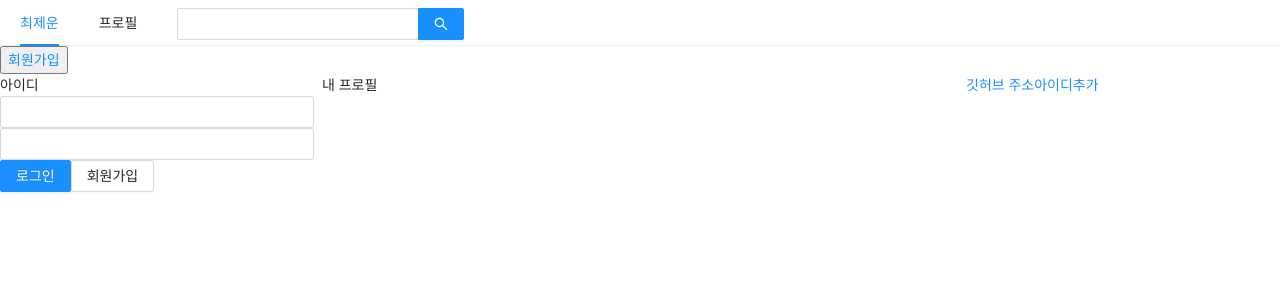
Repository: chlwpdnswku/zerochonext
Page: /signup (app in front/)
These files come from the project's save history. The page is drawn as it stood at one moment and after the next save; the edit follows.
The browser window is 1280 px wide. The page is 1284 px wide, so the pictures cover 1284 px, including what lies to the right of the window. The pictures show the whole page.
The project was rebuilt for these pictures with package versions that can differ from the ones it lists, and the page was loaded fresh each time. The framework's server and built-in components were replaced by stand-ins that run in the browser. Also part of the build but not shown: front/components/UserProfile.js.

Above is the page before, as saved 2022-08-28 08:41:07.

After the next save:
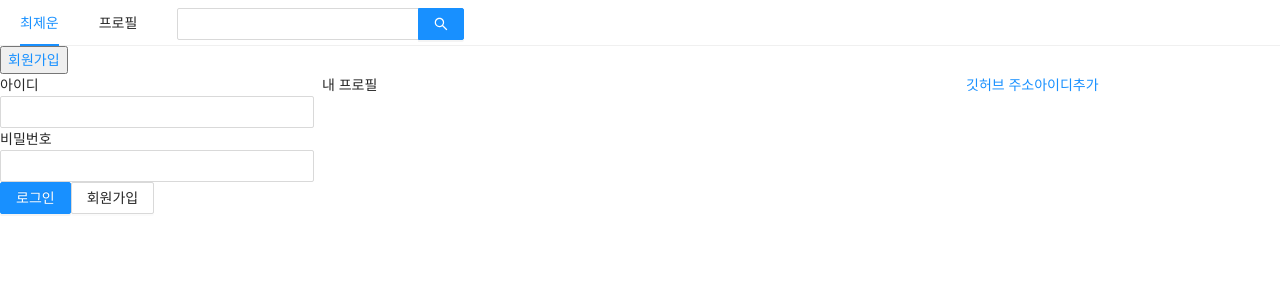
Saved 9 s later.
--- a/front/components/LoginForm.js
+++ b/front/components/LoginForm.js
@@ -21,7 +21,7 @@ function LoginForm() {
       </div>
 
       <div>
-        <label></label>
+        <label ㅗㅅ>비밀번호</label>
         <Input
           htmlFor='user-password'
           value={password}
